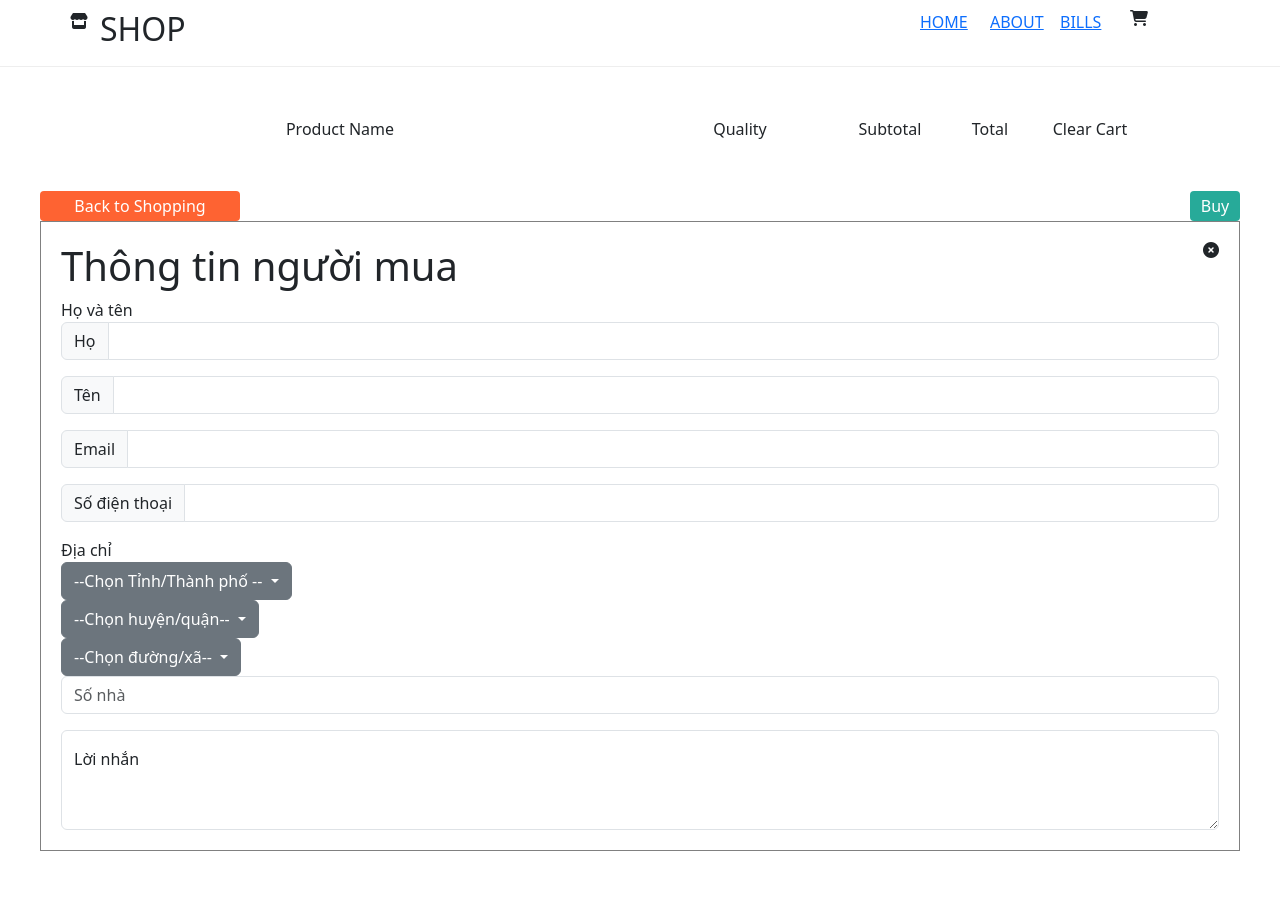
Repository: nguyenhaidang212/danh-sach-ban-hang
Page: index.html
These files come from the project's save history. The page is drawn as it stood at one moment and after the next save; the edit follows.
The browser window is 1280 px wide. The pictures show the whole page.
Some web libraries are served in a nearby version.

Above is the page before, as saved 2023-02-10 14:49:20.

After the next save:
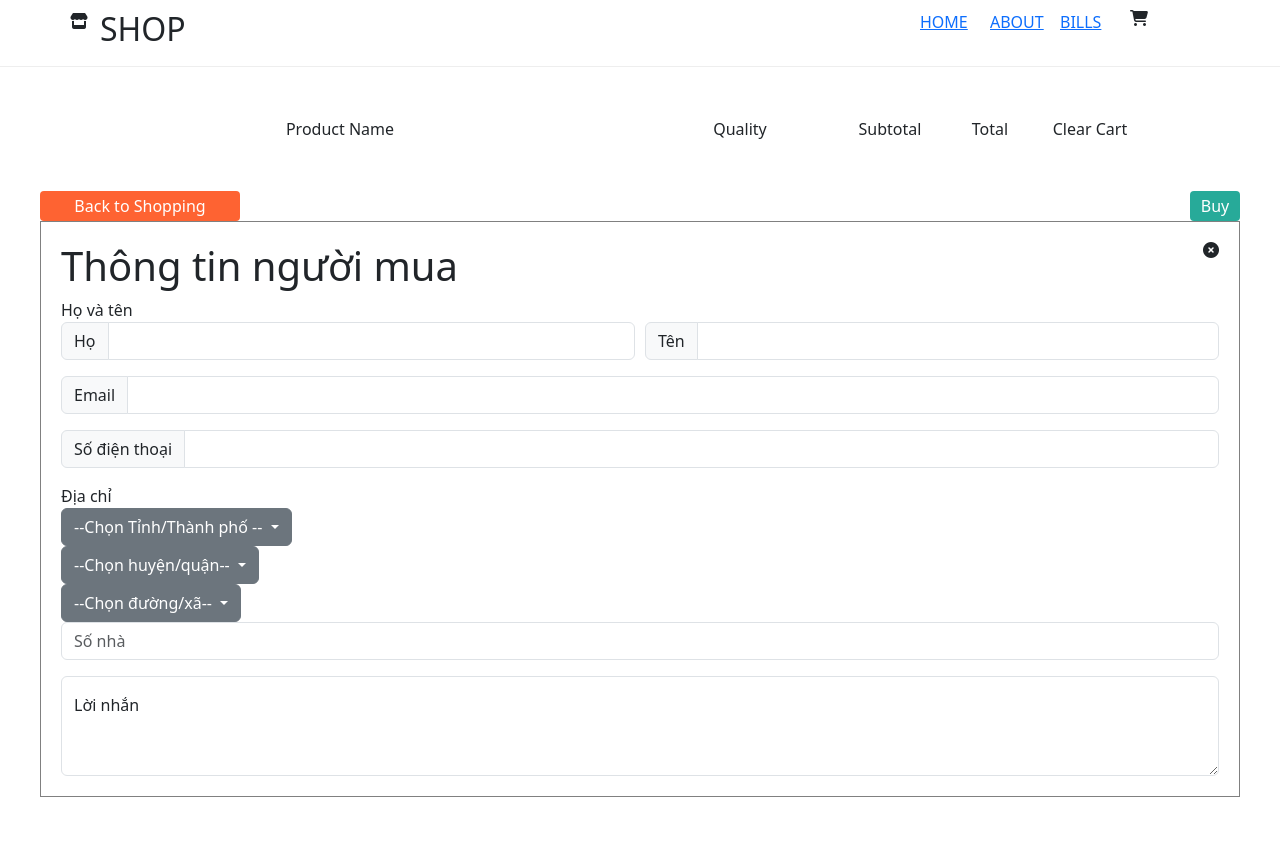
Saved 24 s later.
--- a/style.css
+++ b/style.css
@@ -169,7 +169,8 @@ main {
   display: flex;
   justify-content: space-between;
 }
-
-.ho {
-  grid-area: 1/4;
+.username {
+  display: flex;
+  grid-template-columns: 45% 45%;
+  column-gap: 10px;
 }
